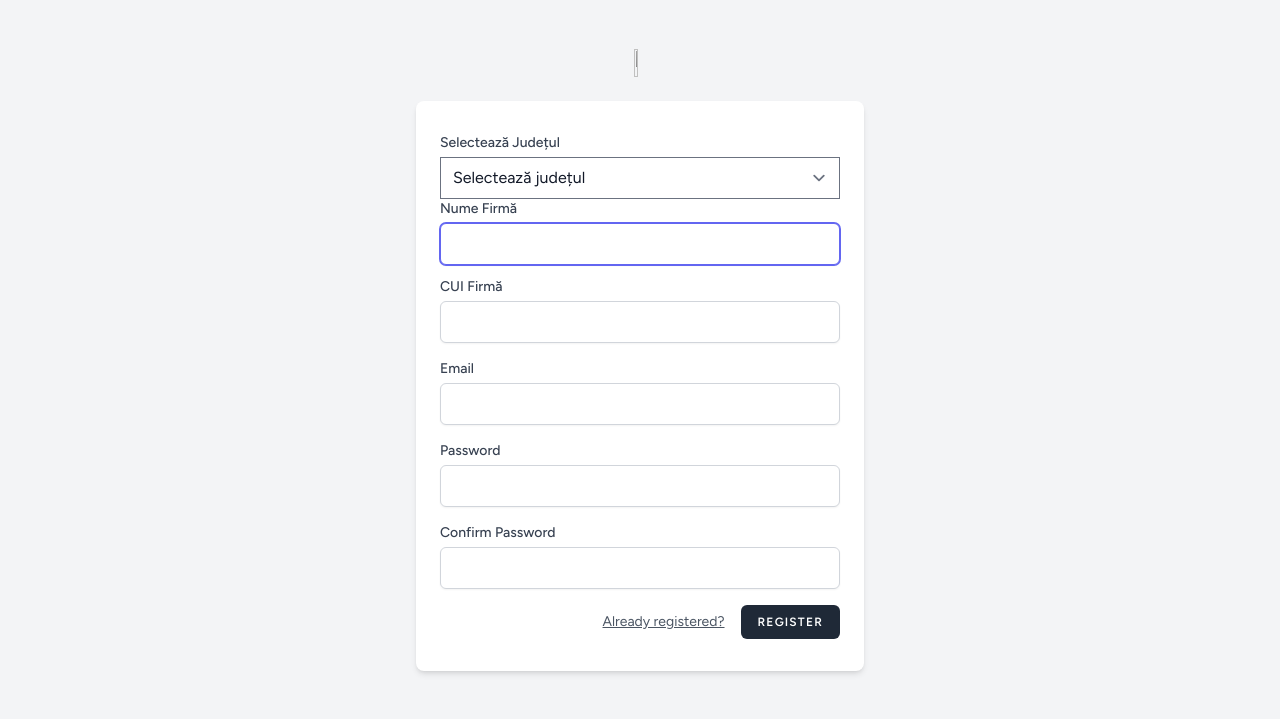
Repository: cosmin05072018/fantastic-events-manager
Page: http://localhost/register
These files come from the project's save history. The page is drawn as it stood at one moment and after the next save; the edit follows.
The browser window is 1280 px wide. The pictures show the whole page.
The page is served by the project's Laravel application, run on PHP 8.4 with Laravel 10. Style sheets and scripts are compiled from the project's sources, by tool versions that may differ from the author's.

Above is the page before, as saved 2024-11-03 18:21:39.

After the next save:
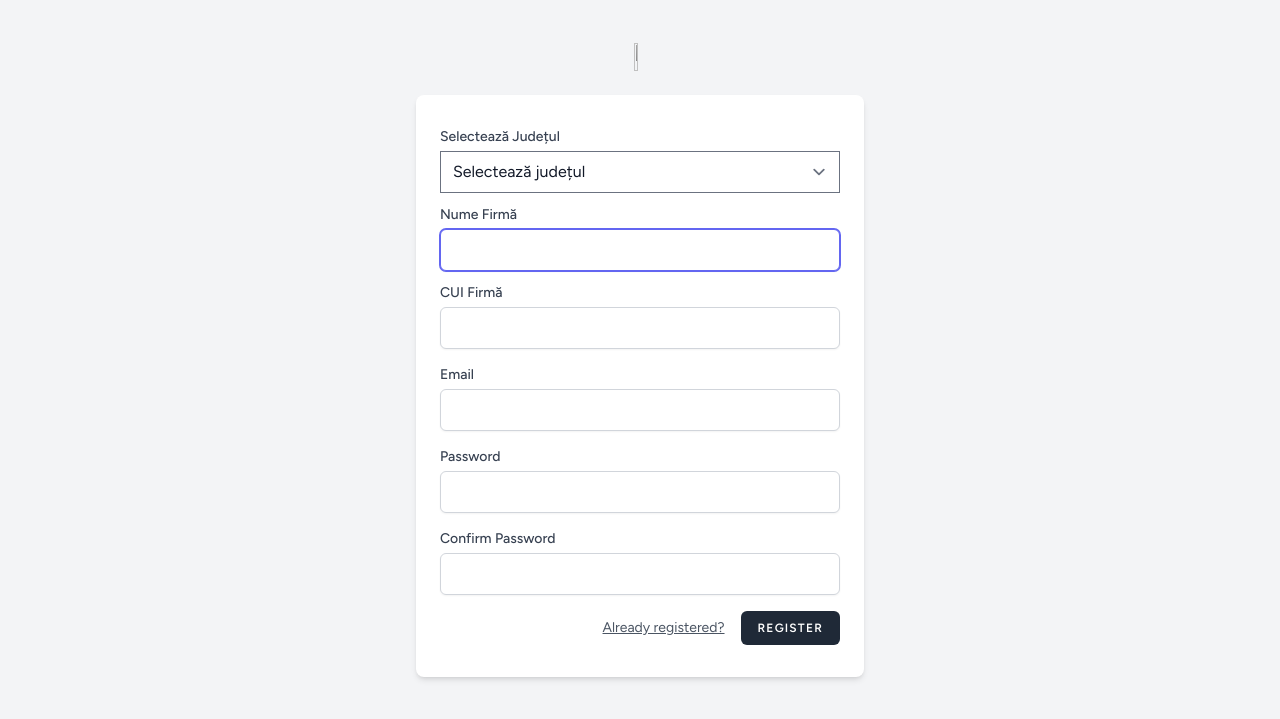
Saved 13 s later.
--- a/resources/views/auth/register.blade.php
+++ b/resources/views/auth/register.blade.php
@@ -64,7 +64,7 @@
 
         <!-- Nume Firmă -->
         <div>
-            <x-input-label for="name" :value="__('Nume Firmă')" />
+            <x-input-label for="name" class="mt-3" :value="__('Nume Firmă')" />
             <x-text-input id="name" class="block mt-1 w-full" type="text" name="name" :value="old('name')" required autofocus autocomplete="name" />
             <x-input-error :messages="$errors->get('name')" class="mt-2" />
         </div>
